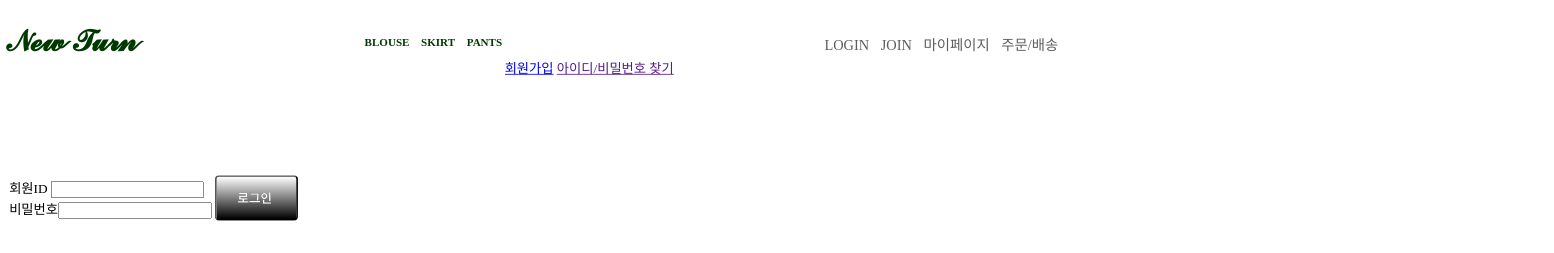
Repository: won0108/Port-Folio
Page: Creating_Homepage/Shopping/WebContent/Login.html
The author's editor kept a copy of each file at every save. The page is drawn from the files as they stood at one save, then again after the next save.
The browser window is 1280 px wide. The page is 1872 px wide, so the pictures cover 1872 px, including what lies to the right of the window. The pictures show the whole page, at 83% of full size.

Above is the page before, as saved 2020-12-03 06:51:25.

After the next save:
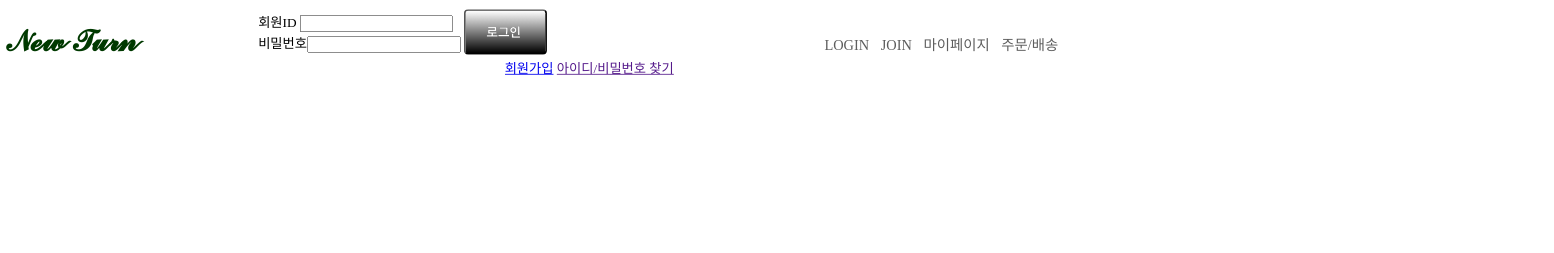
Saved 51 s later.
--- a/Creating_Homepage/Shopping/WebContent/Login.html
+++ b/Creating_Homepage/Shopping/WebContent/Login.html
@@ -89,7 +89,7 @@
 			<li><a href="pants.html">PANTS</a></li>
 		</ul>
 	</div>
-  	<table style="position:relative; top: 200px;">
+  	<table style="position: relative; left: 300px;">
 	  	<tr>
 	  		<td>회원ID <input type="text" name="id">
 	  		<br>비밀번호<input type="password" name="pass"></td>

After the save that followed:
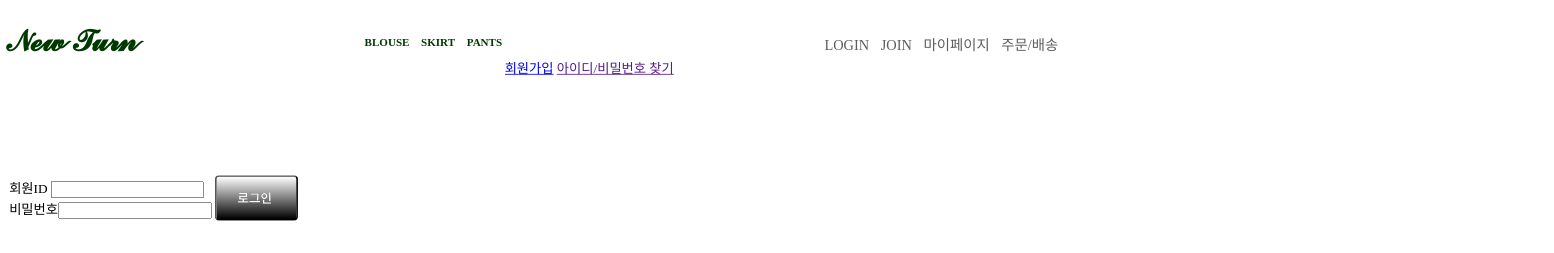
Saved 14 s later.
--- a/Creating_Homepage/Shopping/WebContent/Login.html
+++ b/Creating_Homepage/Shopping/WebContent/Login.html
@@ -89,7 +89,7 @@
 			<li><a href="pants.html">PANTS</a></li>
 		</ul>
 	</div>
-  	<table style="position: relative; left: 300px;">
+  	<table style="position:relative; top: 200px;">
 	  	<tr>
 	  		<td>회원ID <input type="text" name="id">
 	  		<br>비밀번호<input type="password" name="pass"></td>
